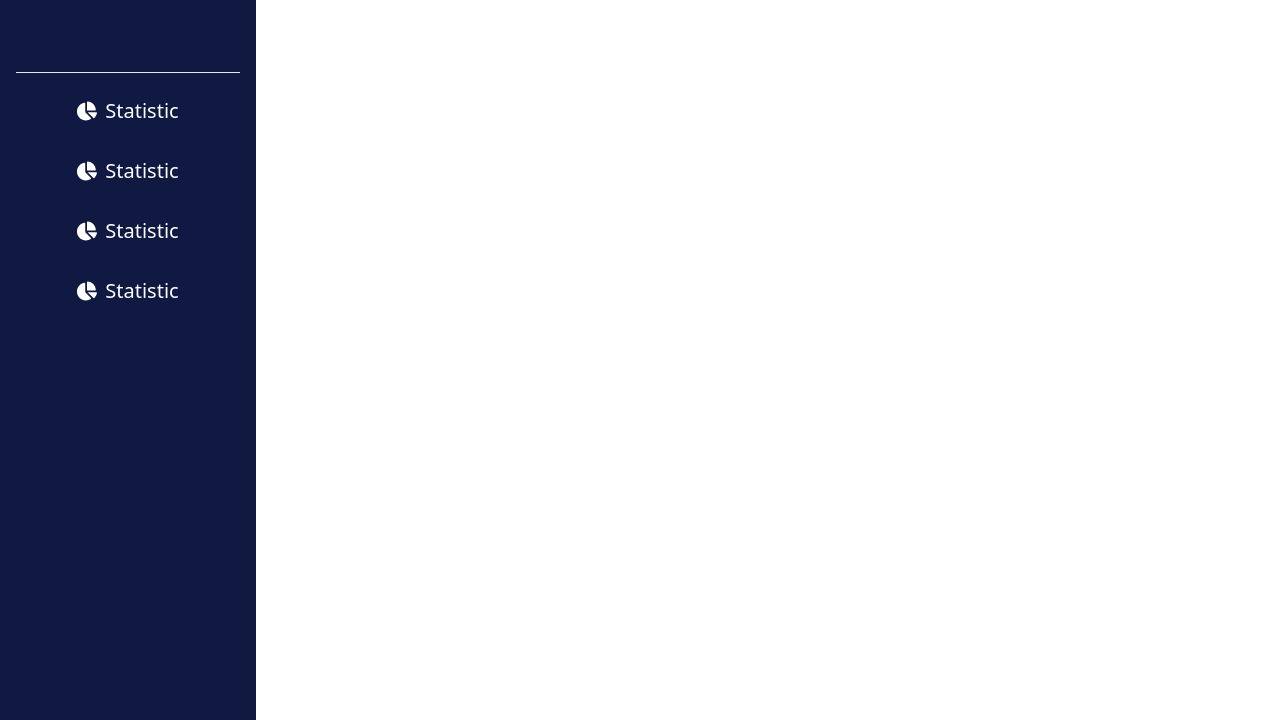
Repository: huynhvanngoan/COMP1640FE-Template
Page: /admin
These files come from the project's save history. The page is drawn as it stood at one moment and after a run of saves; the edit follows.
The browser window is 1280 px wide. The pictures show the whole page.
The project was rebuilt for these pictures with package versions that can differ from the ones it lists, and the page was loaded fresh each time. Also part of the build but not shown: src/components/buttonStyles.js, src/pages/LoginPage.jsx, src/pages/admin/AdminDashboard.jsx, src/pages/student/StudentDashboard.jsx, src/pages/department/DepartmentDashboard.jsx, src/pages/marketing/MarketingDashboard.jsx, src/pages/guest/GuestDashboard.jsx.

Above is the page before, as saved 2024-03-24 00:59:17.

After the next 4 saves:
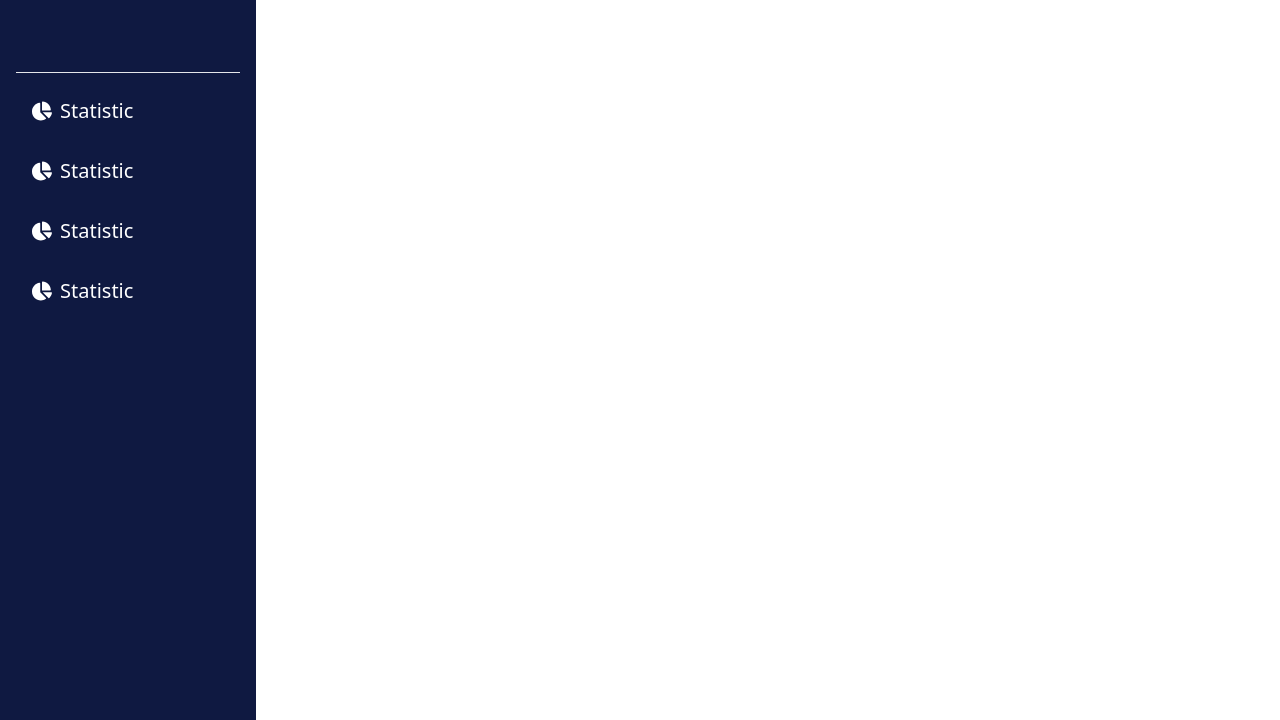
The 4 saves are shown as one change because they came seconds apart.
The last was saved 26 s later.
--- a/src/pages/admin/Sidebar.js
+++ b/src/pages/admin/Sidebar.js
@@ -8,25 +8,25 @@ export default function Sidebar() {
         <div className='flex items-center'>
           <ul className='my-4  border-t pt-4 w-full'>
             <li className='mb-4'>
-              <Link to="#" className='flex w-full rounded-md justify-center items-center space-x-2 text-white px-4 py-2 text-xl hover:bg-[#080e24] '>
+              <Link to="#" className='flex w-full rounded-md items-center space-x-2 text-white px-4 py-2 text-xl hover:bg-[#080e24] '>
                 <FaChartPie />
                 <span>Statistic</span>
               </Link>
             </li>
             <li className='mb-4'>
-              <Link to="#" className='flex w-full rounded-md justify-center items-center space-x-2 text-white px-4 py-2 text-xl hover:bg-[#080e24] '>
+              <Link to="#" className='flex w-full rounded-md  items-center space-x-2 text-white px-4 py-2 text-xl hover:bg-[#080e24] '>
                 <FaChartPie />
                 <span>Statistic</span>
               </Link>
             </li>
             <li className='mb-4'>
-              <Link to="#" className='flex w-full rounded-md justify-center items-center space-x-2 text-white px-4 py-2 text-xl hover:bg-[#080e24] '>
+              <Link to="#" className='flex w-full rounded-md  items-center space-x-2 text-white px-4 py-2 text-xl hover:bg-[#080e24] '>
                 <FaChartPie />
                 <span>Statistic</span>
               </Link>
             </li>
             <li className='mb-4'>
-              <Link to="#" className='flex w-full rounded-md justify-center items-center space-x-2 text-white px-4 py-2 text-xl hover:bg-[#080e24] '>
+              <Link to="#" className='flex w-full rounded-md  items-center space-x-2 text-white px-4 py-2 text-xl hover:bg-[#080e24] '>
                 <FaChartPie />
                 <span>Statistic</span>
               </Link>
